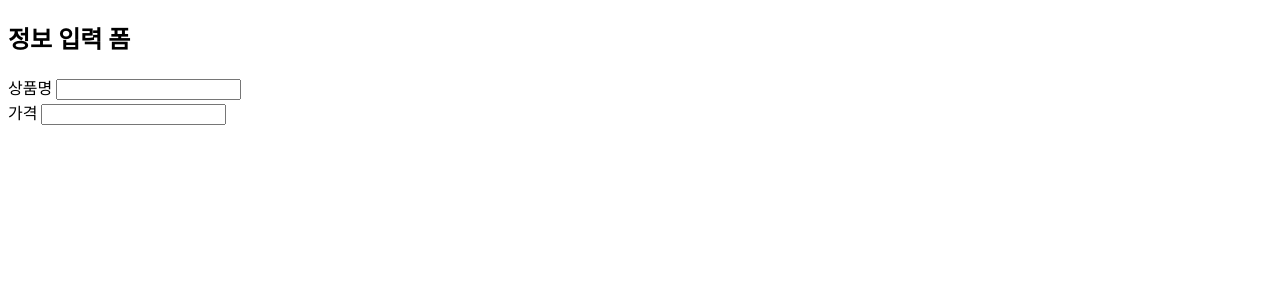
Repository: angwanghyeon/eclipse
Page: http://localhost/sec07/04_iteminfo.jsp
An editor plug-in stored every save of this project. The page is shown before and after a run of saves, followed by the edit.
The browser window is 1280 px wide. The pictures show the whole page.
The page is served by Tomcat 9.

Above is the page before, as saved 2023-09-04 01:23:04.

After the next 2 saves:
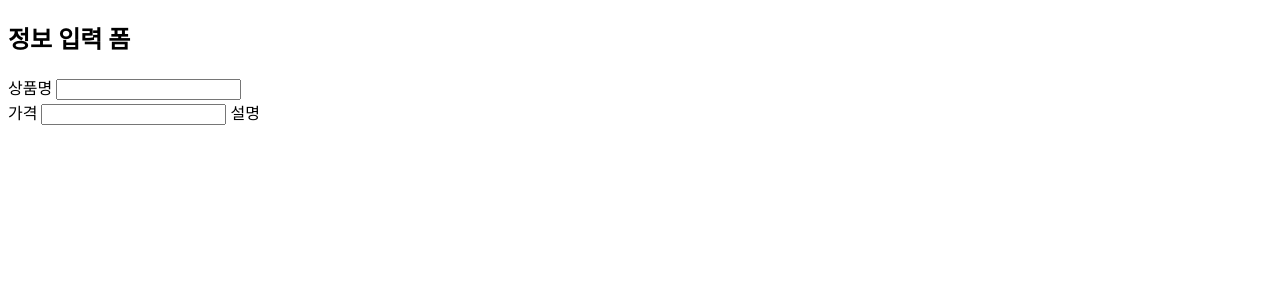
The 2 saves are shown as one change because they came seconds apart.
The last was saved 30 s later.
--- a/sec07/src/main/webapp/04_iteminfo.jsp
+++ b/sec07/src/main/webapp/04_iteminfo.jsp
@@ -14,6 +14,8 @@
 
 	<label for="price">가격</label>
 	<input type="text" id="price" name="price">
+
+	<label for="description">설명</label>
 </form>
 </body>
 </html>
